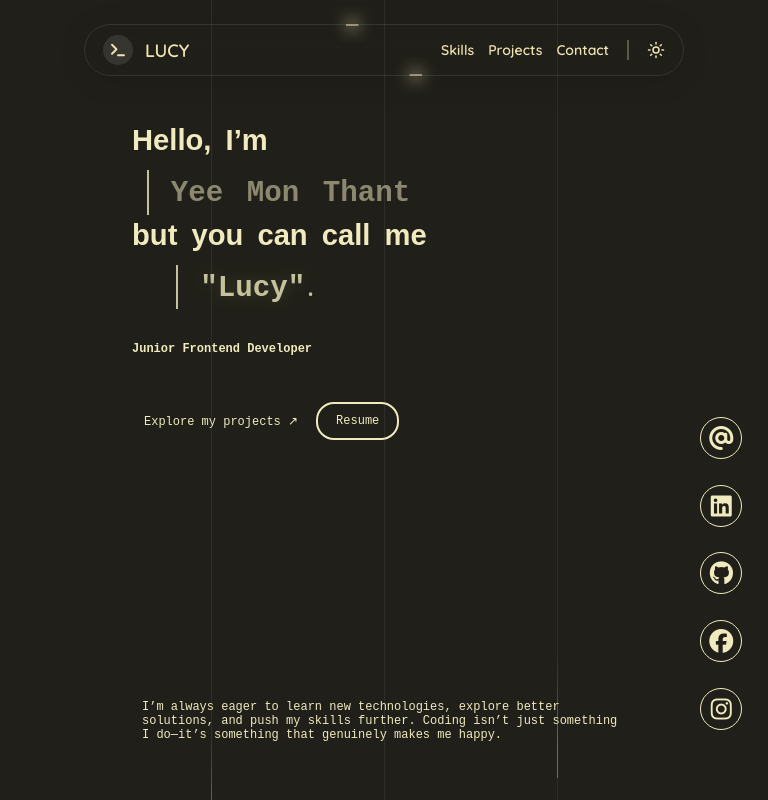
Repository: Lucy-oop/portfolio-v2
Page: /
An editor plug-in stored every save of this project. The page is shown before and after a run of saves, followed by the edit.
The browser window is 768 px wide. The pictures show the whole page.
An inner scrolling area shows only its first screen. Some web fonts or font styles are not loaded; a fallback is used. The project was rebuilt for these pictures with package versions that can differ from the ones it lists, and the page was loaded fresh each time. Also part of the build but not shown: vite.config.js, src/components/Preloader.css. Imported but missing from the stored project, and not drawn on this page: src/components/mini/Lucycv.pdf.

Above is the page before, as saved 2026-05-05 17:42:10.

After the next 5 saves:
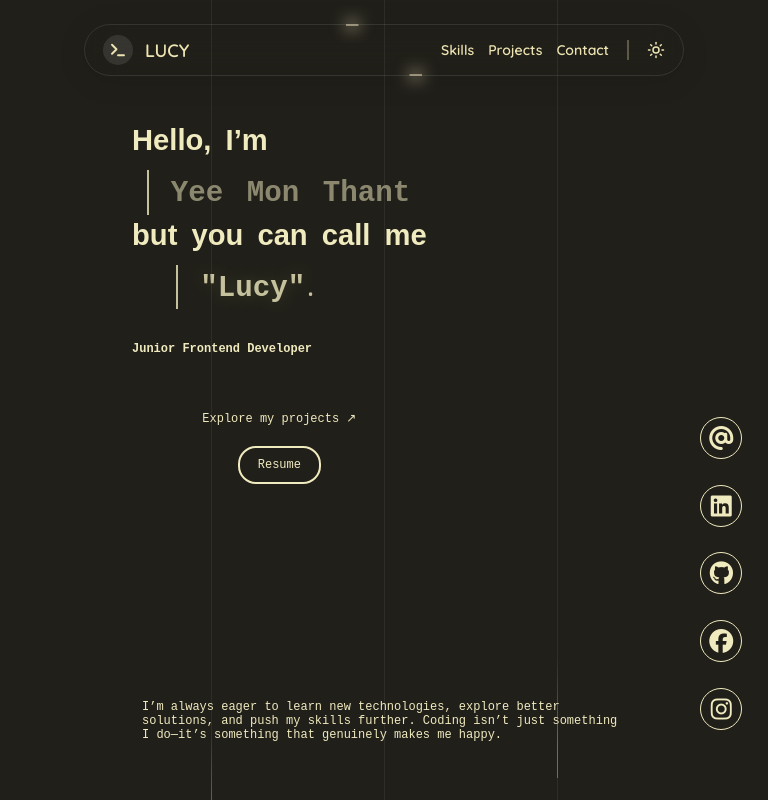
The 5 saves are shown as one change because they came seconds apart.
The last was saved 13 s later.
--- a/src/components/About.css
+++ b/src/components/About.css
@@ -244,7 +244,10 @@
   }
     .ibelieve {
       padding: 10px;
-
+    }
+    .ctaRow{
+      flex-direction: column;
+      gap: 12px;
     }
   .name-wrapper { margin-left: 5%; }
   .name-wrapper2 { margin-left: 15%; }

After the 2 saves that followed:
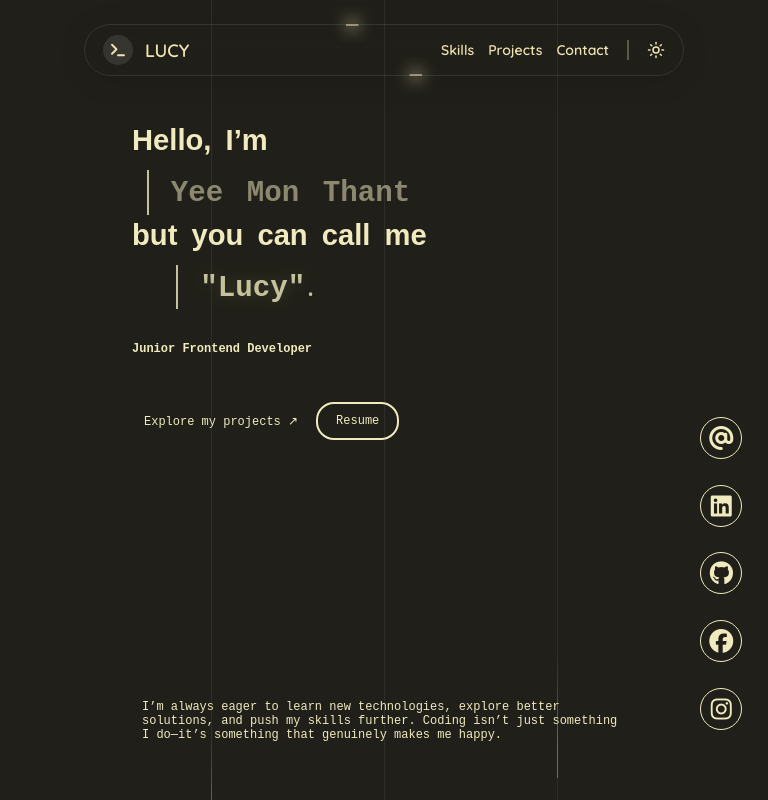
The 2 saves are shown as one change because they came seconds apart.
The last was saved 7 s later.
--- a/src/components/About.css
+++ b/src/components/About.css
@@ -246,8 +246,7 @@
       padding: 10px;
     }
     .ctaRow{
-      flex-direction: column;
-      gap: 12px;
+      mar
     }
   .name-wrapper { margin-left: 5%; }
   .name-wrapper2 { margin-left: 15%; }
